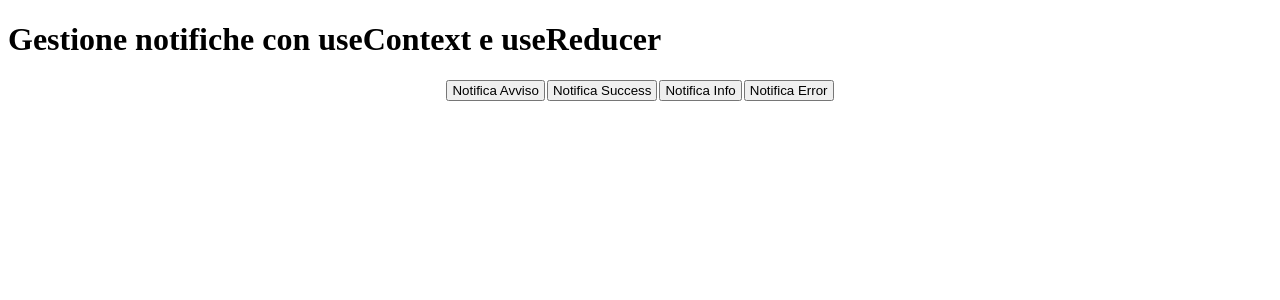
Repository: CryptoFamilyNFT/develhope
Page: / (app in vite/v1/)
An editor plug-in stored every save of this project. The page is shown before and after the next save, followed by the edit.
The browser window is 1280 px wide. The pictures show the whole page.
The project was rebuilt for these pictures with package versions that can differ from the ones it lists, and the page was loaded fresh each time. Also part of the build but not shown: vite/v1/vite.config.js, vite/v1/src/components/AlertClock.jsx, vite/v1/src/components/Chat/chatStyle.jsx, vite/v1/src/components/Chat/Chat.jsx, vite/v1/src/components/Message.jsx, vite/v1/src/components/Hello.jsx, vite/v1/src/components/Welcome.jsx, vite/v1/src/components/index.jsx and 3 more.

Above is the page before, as saved 2025-02-18 09:21:23.

After the next save:
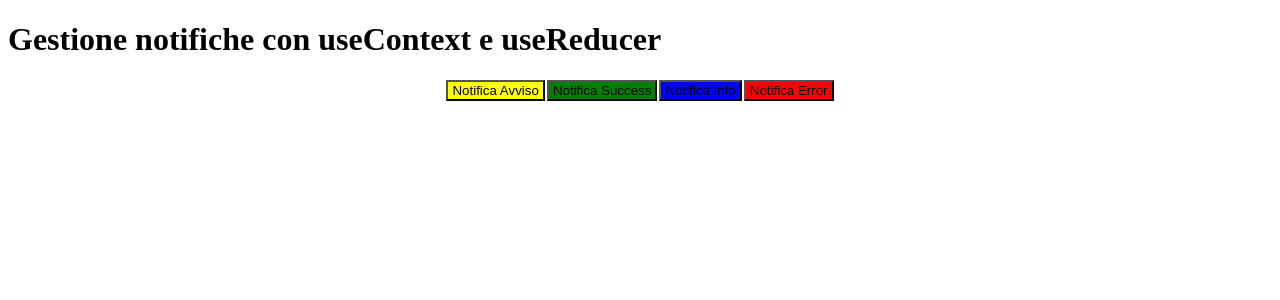
Saved 18 s later.
--- a/vite/v1/src/NotificationApp.jsx
+++ b/vite/v1/src/NotificationApp.jsx
@@ -15,28 +15,28 @@ return (
             <button style={{
                 paddingLeft: 4,
                 paddingRight: 4,
-                backgroundColor: 'organge'
+                backgroundColor: 'yellow'
             }}>
                 Notifica Avviso
             </button>
             <button style={{
                 paddingLeft: 4,
                 paddingRight: 4,
-                backgroundColor: 'organge'
+                backgroundColor: 'green'
             }}>
                 Notifica Success
             </button>
             <button style={{
                 paddingLeft: 4,
                 paddingRight: 4,
-                backgroundColor: 'organge'
+                backgroundColor: 'blue'
             }}>
                 Notifica Info
             </button>
             <button style={{
                 paddingLeft: 4,
                 paddingRight: 4,
-                backgroundColor: 'organge'
+                backgroundColor: 'red'
             }}>
                 Notifica Error
             </button>
